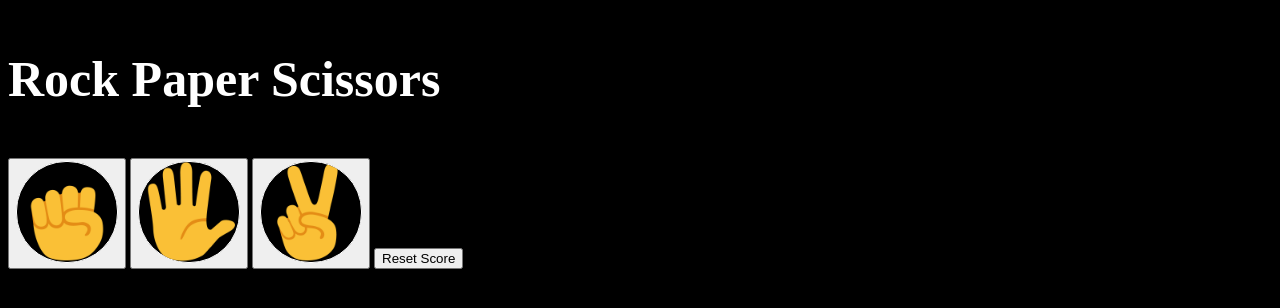
Repository: pgyunknown/Rock_paper_scissors-
Page: index.html
These files come from the project's save history. The page is drawn as it stood at one moment and after a run of saves; the edit follows.
The browser window is 1280 px wide. The pictures show the whole page.

Above is the page before, as saved 2024-08-30 17:02:33.

### index.html

<!DOCTYPE html>
<html>
  <head>
    <title>Rock Paper Scissors</title>
    <link rel="stylesheet" href="index.css">
  </head>
  <body>
    <p class="title">Rock Paper Scissors</p>
    <button onclick="
      playGame('rock');
    "><img src="images/rock-emoji.png" alt=""></button>

    <button onclick="
      playGame('paper');
    "><img src="images/paper-emoji.png" alt=""></button>

    <button onclick="
      playGame('scissors');
    "><img src="images/scissors-emoji.png" alt=""></button>

    <button onclick="
      score.wins = 0;
      score.losses = 0;
      score.ties = 0;
      localStorage.removeItem('score');
    ">Reset Score</button>

    <script src="index.js">

    </script>
  </body>
</html>

### index.css
body{
  background-color: black;
  color: white;
}
.title{
  font-size: 50px;
  font-weight: bold;
}

button img{
  height: 100px;
  width: 100px;
  background-color: black;
  border: 1px solid white;
  border-radius: 50px;
}

### index.js
      let score = JSON.parse(localStorage.getItem('score')) || {
        wins: 0,
        losses: 0,
        ties: 0
      };

      function pickComputerMove() {
        const randomNumber = Math.random();

        let computerMove = '';

        if (randomNumber >= 0 && randomNumber < 1 / 3) {
          computerMove = 'rock';
        } else if (randomNumber >= 1 / 3 && randomNumber < 2 / 3) {
          computerMove = 'paper';
        } else if (randomNumber >= 2 / 3 && randomNumber < 1) {
          computerMove = 'scissors';
      }

        return computerMove;
      }
      function playGame(playerMove) {
        const computerMove = pickComputerMove();

        let result = '';

        if (playerMove === 'scissors') {
          if (computerMove === 'rock') {
            result = 'You lose.';
          } else if (computerMove === 'paper') {
            result = 'You win.';
          } else if (computerMove === 'scissors') {
            result = 'Tie.';
          }

        } else if (playerMove === 'paper') {
          if (computerMove === 'rock') {
            result = 'You win.';
          } else if (computerMove === 'paper') {
            result = 'Tie.';
          } else if (computerMove === 'scissors') {
            result = 'You lose.';
          }

        } else if (playerMove === 'rock') {
          if (computerMove === 'rock') {
            result = 'Tie.';
          } else if (computerMove === 'paper') {
            result = 'You lose.';
          } else if (computerMove === 'scissors') {
            result = 'You win.';
          }
        }

        if (result === 'You win.') {
          score.wins += 1;
        } else if (result === 'You lose.') {
          score.losses += 1;
        } else if (result === 'Tie.') {
          score.ties += 1;
        }

        localStorage.setItem('score', JSON.stringify(score));

        alert(`You picked ${playerMove}. Computer picked ${computerMove}. ${result}
Wins: ${score.wins}, Losses: ${score.losses}, Ties: ${score.ties}`);
      }

After the next 3 saves:
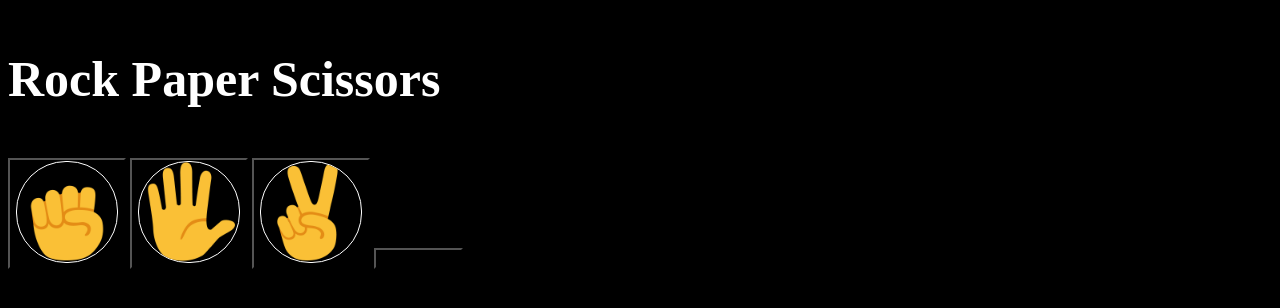
The 3 saves are shown as one change because they came seconds apart.
The last was saved 15 s later.
--- a/index.css
+++ b/index.css
@@ -14,3 +14,7 @@ button img{
   border: 1px solid white;
   border-radius: 50px;
 }
+
+button{
+  background-color: black;
+}

After the 2 saves that followed:
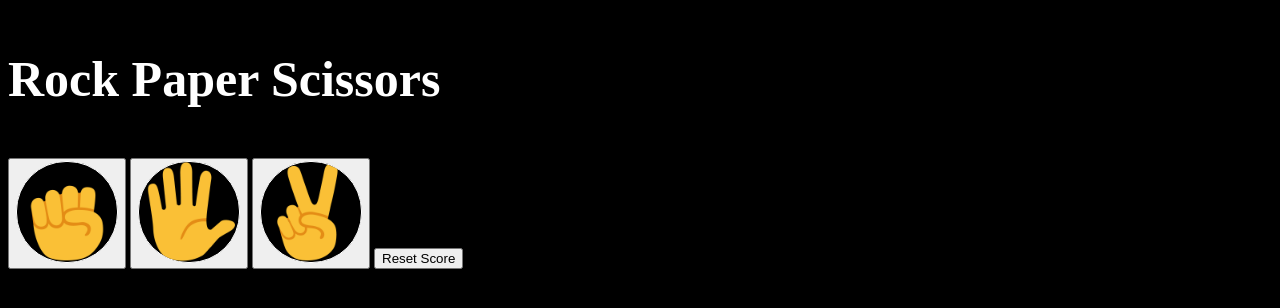
The 2 saves are shown as one change because 1 left the picture as it was.
The last was saved 16 s later.
--- a/index.css
+++ b/index.css
@@ -15,6 +15,6 @@ button img{
   border-radius: 50px;
 }
 
-button{
+button .{
   background-color: black;
 }
